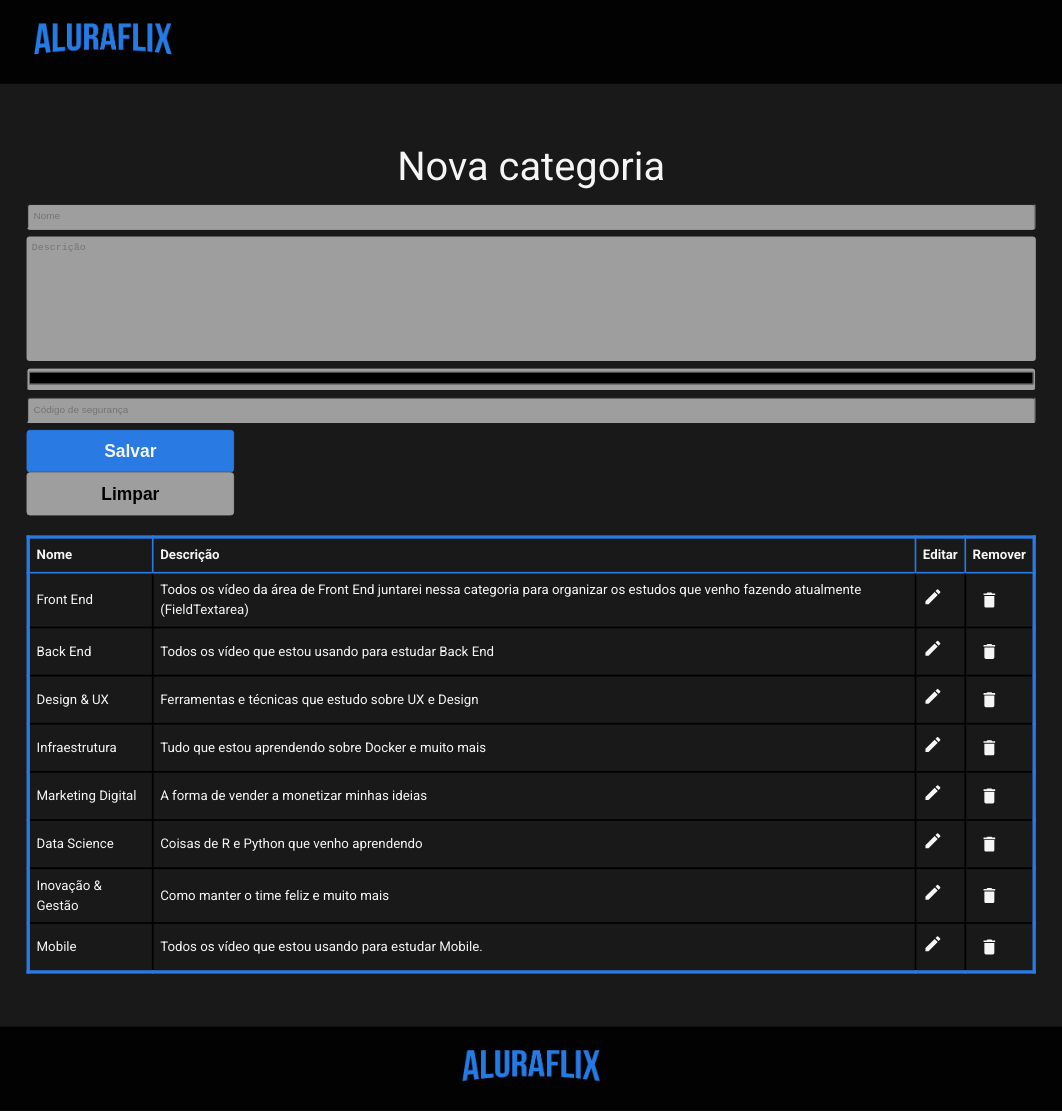
Repository: CarlosEduardoVdeOliveira/aluraflix
Page: /register-category
These files come from the project's save history. The page is drawn as it stood at one moment and after the next save; the edit follows.
The browser window is 1280 px wide. The pictures show the whole page, at 83% of full size.
The project was rebuilt for these pictures with package versions that can differ from the ones it lists, and the page was loaded fresh each time. Also part of the build but not shown: vite.config.js, src/components/Banner/Banner.module.css, src/components/Card/Card.module.css, src/components/Card/index.jsx, src/components/Category/Category.module.css, src/components/Category/index.jsx, src/components/Container/Container.module.css, src/components/Container/index.jsx and 5 more.

Above is the page before, as saved 2023-10-04 09:15:01.

### index.html
<!doctype html>
<html lang="en">
  <head>
    <meta charset="UTF-8" />
    <link rel="preconnect" href="https://fonts.googleapis.com">
    <link rel="preconnect" href="https://fonts.gstatic.com" crossorigin>
    <!-- <link rel="icon" type="image/svg+xml" href="/vite.svg" /> -->
    <meta name="viewport" content="width=device-width, initial-scale=1.0" />
    <link href="https://fonts.googleapis.com/css2?family=Roboto:wght@300;400;500;700&display=swap" rel="stylesheet">
    <title>AluraFlix</title>
  </head>
  <body>
    <div id="root"></div>
    <script type="module" src="/src/main.jsx"></script>
  </body>
</html>

### src/main.jsx
import React from 'react'
import ReactDOM from 'react-dom/client'
import {AppRoutes} from './routes'
import './index.css'
import { ThemeProvider } from '@emotion/react'
import { theme } from './customColors'
ReactDOM.createRoot(document.getElementById('root')).render(
  <React.StrictMode>
    <ThemeProvider theme={theme}>
      <AppRoutes />
    </ThemeProvider>
  </React.StrictMode>,
)

### src/routes.jsx
import { BrowserRouter, Route, Routes } from 'react-router-dom'
import {PageBase} from './pages/pageBase'
import {Home} from './pages/Home'
import { ThemeProvider } from '@mui/material'
import { theme } from './customColors'
import {RegisterVideo} from './pages/RegisterVideo'
import {RegisterCategory} from './pages/RegisterCategory'
import { UpdateCategory } from './pages/UpdateCategory'


export const AppRoutes = () => {
  return (
    <BrowserRouter>
      <ThemeProvider theme={theme}>
        <Routes>
          <Route path='/' element={<PageBase />}>
            <Route index element={<Home />}></Route>
            <Route path='register-video' element={<RegisterVideo />}></Route>
            <Route path='register-category' element={<RegisterCategory />}></Route>
            <Route path={`update-category/:categoryId`} element={<UpdateCategory />}></Route>
          </Route>
        </Routes>
      </ThemeProvider>
    </BrowserRouter>
  )
}

### src/index.css
:root {
  --gray-100: #F5F5F5;
  --gray-150: #E5E5E5;
  --gray-175: #C2C2C2;
  --gray-300: #9E9E9E;
  --gray-500: #191919;
  --black: #000;
  --blue-500: #2A7AE4;
  --red-500: #E53935;
  font-family: 'Roboto', sans-serif;
  line-height: 1.5;
  font-weight: 400;
  font-size: 1rem;
  font-synthesis: none;
  text-rendering: optimizeLegibility;
  -webkit-font-smoothing: antialiased;
  -moz-osx-font-smoothing: grayscale;
  -webkit-text-size-adjust: 100%;
}
*{
  box-sizing: border-box;
  margin: 0;
  padding: 0;
  scroll-behavior: smooth;
}
body{
  background-color: var(--gray-500);
}
a {
  text-decoration: none;
  transiton: .5s all ease-out;
}

button{
  cusor: pointer;
  transiton: .5s all ease-out;
}

@media screen and (max-width: 1080px){
  body{
    font-size: 87.5%;
  }
}
@media screen and (max-width: 700px){
  body{
    font-size: 75%;
  }
}

### src/customColors.js
import { createTheme } from '@mui/material/styles';

export const theme = createTheme({
  palette: {
    withe: "#FFFFFF",
    gray100: "#F5F5F5",
    gray150: "#E5E5E5",
    gray175: "#C2C2C2",
    gray300: "#9E9E9E",
    gray500: "#191919",
    black: "#000000",
    blue500: "#2A7AE4",
    red500: "#E53935",
  },
});

### src/pages/pageBase/index.jsx
import { Banner } from '../../components/Banner';
import {Footer} from '../../components/Footer';
import {Header} from '../../components/Header'
import { Outlet } from "react-router-dom";
import { useLocation } from 'react-router-dom';


export const PageBase = () => {
  const location = useLocation()
  return (
    <main>
      <Header button={location.pathname === '/'} />
      <Banner banner={location.pathname === '/'} />
      <Outlet />
      <Footer />
    </main>
  )
}

### src/pages/RegisterCategory/index.jsx
import { useState } from "react"

import {Button} from "../../components/Button"
import { Input, TextArea } from "../../components/Inputs"
import { Table } from "../../components/Table"
import styles from './Register.module.css'
import {categories} from '../../../db.json'
import { CategoryContextProvider } from "../../contexts/cotextCategory"

export const RegisterCategory = () => {
  const [name, setName] = useState('')
  const [color, setColor] = useState('')
  const [description, setDescription] = useState('')
  const [codigo, setCodigo] = useState()
  const [setCategoryState] = useState(categories)
  const handleSubmit = (event) => {
    event.preventDefault();
    const newCategory = { name, description, color, codigo };

    fetch("http://localhost:3000/categories", {
      method: 'POST',
      headers: {
        'Content-Type': 'application/json',
      },
      body: JSON.stringify(newCategory),
    })
    .then(res => res.json())
    .then(data => {
      setCategoryState(prevCategories => [...prevCategories, data]);
    });

  }

  function clearInputs(){

  }

  return (
    <div className={styles.container}>
      <form onSubmit={handleSubmit}>
        <h2>Nova categoria</h2>
        <Input onChange={
          (event) => setName(event.target.value)
        } type="text" placeholder="Nome" />
        <TextArea onChange={(event) => setDescription(event.target.value)} placeholder='Descrição'></TextArea>
        <Input onChange={(event) => setColor(event.target.value)} type="color" placeholder="Cor" label={"cor"} />
        <Input onChange={(event) => setCodigo(event.target.value)} type="text" placeholder="Código de segurança"/>
        <div className={styles.groupButton}>
        <Button
          bgColor="#2A7AE4"
          color="#F5F5F5"
          borderColor='1px solid #2A7AE4'
          type="submit"
          >
          Salvar
        </Button>
        </div>
      </form>
        <Button
        type="reset"
          bgColor="#9E9E9E"
          color="#000000"
          borderColor='1px solid #9E9E9E'
          onClick={clearInputs()}
          >
          Limpar
        </Button>
      <CategoryContextProvider>
        <Table />
      </CategoryContextProvider>
    </div>
  )
}

### src/components/Banner/index.jsx
/* eslint-disable react/prop-types */
import styles from './Banner.module.css'
import {videos, categories} from '../../../db.json'
import { Card } from '../Card';
import { useState } from 'react';
import { Category } from '../Category';

export const Banner = ({banner}) => {
  let [highlightCategory, setHighlightCategory] = useState(1)
  function findVideo() {
    return videos.find(video => video.category === categories[highlightCategory].name)
  }

  return(
    <>
      {
        banner && (
        <div className={styles.container}>
          <img className={styles.backgroundImage}
            src={findVideo().thumbnail}
            alt={findVideo().description}
          />
          <div className={styles.content}>
            <Category id={highlightCategory}
              bgColor={categories[highlightCategory].color}
              color="#f5f5f5"
              description={categories[highlightCategory].description}
              onClick={()=> console.log(setHighlightCategory(highlightCategory))}
            >
              {categories[highlightCategory].name}
            </Category>
            <h5 >
              {findVideo().name}
            </h5>
            <p>
              {findVideo().description}
            </p>
          </div>
          <Card
            {...videos.find(video => video.category === categories[highlightCategory].name)}
            borderColor={categories[highlightCategory].color}
          />
        </div>
        )
      }
    </>
  );
}

### src/components/Footer/index.jsx
import { Link } from 'react-router-dom'
import logo from '../../assets/logo.png'
import styles from './Footer.module.css'
export const Footer = () => {
  return (
    <footer className={styles.container}>
      <Link to='/'>
        <img src={logo} alt="Logo do aluraflix" />
      </Link>
    </footer>
  )
}

### src/components/Header/index.jsx
/* eslint-disable react/prop-types */
// eslint-disable-next-line no-unused-vars
import React from 'react';
import logo from '../../assets/logo.png'
import styles from './Header.module.css'
import { Link } from 'react-router-dom';
import {Button} from '../Button';


export const Header = ({button}) => {

  return (
    <header className={styles.container}>
      <Link to="/">
        <img src={logo} alt='Logo do aluraflix' />
      </Link>
      {button &&
          <Link to="/register-video">
            <Button
              bgColor="#000"
              borderColor="1px solid #FFF"
              color="#F5f5f5"
            >
                  Novo vídeo
            </Button>
          </Link>
      }
    </header>
  )
}

### src/components/Button/index.jsx
/* eslint-disable react/prop-types */
import styles from './Button.module.css'

export const Button = ({children, bgColor, borderColor, color ,title, id, type}) => {
  return(
    <button className={styles.button}
      type={type}
      style={{
        background:bgColor,
        border:borderColor,
        color:color
      }}
      id={id}
      title={title}
    >
      {children}
    </button>
  )
}

### src/components/Inputs/index.jsx
/* eslint-disable react/prop-types */
import styles from './Input.module.css'

export const Input = ({placeholder, type, value, onChange}) => {
  return(
    <>
      <input
        className={styles.input}
        type={type}
        value={value}
        placeholder={placeholder}
        onChange={onChange}/>
    </>
  )
}
export const TextArea = ({placeholder, value, onChange}) =>{
  return(
    <textarea
      value={value}
      className={styles.textarea}
      placeholder={placeholder}
      onChange={onChange}
    />
  )
}

export const Select = ({categories, value, onChange}) => {
  return(
    <>
      <select
        value={value}
        className={styles.input}
        name={categories}
        onChange={onChange}
      >
      {
          categories.map(category => (
            <option key={category.id} value={category.name}>{category.name}</option>
          ))
        }
      </select>
    </>
  )
}

### src/components/Table/index.jsx
/* eslint-disable react/prop-types */
import { IconButton } from '@mui/material'
import styles from './Table.module.css'
import {categories} from '../../../db.json'
import EditIcon from '@mui/icons-material/Edit';
import DeleteIcon from '@mui/icons-material/Delete';
import { useTheme } from '@emotion/react';
import { useContext } from 'react';
import CategoryContext from '../../contexts/cotextCategory';
import { Link } from 'react-router-dom';

export const Table = () => {
  const theme = useTheme()
  const {deleteCategory} = useContext(CategoryContext)

  return(
    <table className={styles.container}>
      <thead className={styles.title}>
        <tr>
          <th>Nome</th>
          <th>Descrição</th>
          <th>Editar</th>
          <th>Remover</th>
        </tr>
      </thead>
      <tbody className={styles.content}>
        {
          categories.map(category =>(
          <tr key={category.id}>
            <td>{category.name}</td>
            <td>{category.description}</td>
            <td>
              <Link to={`/update-category/${category.id}`}
              >
                <EditIcon style={{ color: theme.palette.gray100 }} />
              </Link>
            </td>
            <td>
              <IconButton aria-label="delete"  onClick={(event)=> {
                event.preventDefault()
                return deleteCategory(category.id)
                }}
              >
                <DeleteIcon style={{ color: theme.palette.gray100 }}/>
              </IconButton>
            </td>
          </tr>
          ))
        }
      </tbody>
    </table>
  )
}

### src/pages/RegisterCategory/Register.module.css
.container{
  width: 100%;
  margin: 2rem auto;
  padding: 2rem;
}

.container form{
  display: flex;
  align-items: center;
  justify-content: center;
  flex-direction: column;
  width: 100%;
  gap: .5rem;
}
.container h2{
  color: var(--gray-100);
  text-align: center;
  font-size: 3rem;
  font-weight: 400;
}
.groupButton{
  display: flex;
  gap: 1rem;
  width: 100%;
}

### src/contexts/cotextCategory.jsx
/* eslint-disable no-unused-vars */
/* eslint-disable react/prop-types */
import React, {createContext, useState} from 'react';
const CategoryContext = createContext();

export function CategoryContextProvider({children}) {
  const [category, setCategory] = useState({})
  const editCategory = (id, name, description, color) => {
    fetch(`http://localhost:3000/categories/${id}`, {
    method: 'PUT',
    headers: {
      'Content-Type': 'application/json',
    },
    body: JSON.stringify({name, description, color}),
  })
    .then(res => res.json())
    .then(data => setCategory(data))
    return category
  };

  const deleteCategory = (id) =>{
    fetch(`http://localhost:3000/categories/${id}`, {
    method: 'DELETE' })
    .then(res => res.json())
  }

  return (
    <CategoryContext.Provider value={{ editCategory, deleteCategory }}>
      {children}
    </CategoryContext.Provider>
  );
}

export default CategoryContext

### src/components/Footer/Footer.module.css
.container{
  display: flex;
  align-items: center;
  justify-content: center;
  padding: 1.688rem 2.5rem;
  background-color: rgba(0, 0, 0, 0.9);
}

.container img{
  width: 168.45px;
  height: 40px;
}

### src/components/Header/Header.module.css
.container{
  display: flex;
  justify-content: space-between;
  align-items: center;
  padding: 1.688rem 2.5rem;
  background-color: rgba(0, 0, 0, 0.9);
}

.container img{
  width: 168.45px;
  height: 40px;
}

### src/components/Button/Button.module.css
.button{
  color: #FFF;
  text-align: center;
  padding: 0.8rem 1rem;
  border: none;
  border-radius: .25rem;
  font-size: 21px;
  font-weight: 600;
  cursor: pointer;
  line-height: 24px;
  transition: all .5s ease-in-out;
  width: fit-content;
  min-width: 15.625rem
}

.button:hover{
  opacity: 0.8;
}

### src/components/Inputs/Input.module.css
.input{
  color: var(--gray-100);
  font-size: 12px;
  font-weight: 300;
  width: 100%;
  padding: .4rem;
  background-color: var(--gray-300);
  border-bottom: 3px solid var(--gray-300);
  outline: none;
  border-radius: 4px;
}

.input[type='color']{
  padding: 0;
}

.input:focus{
  border-bottom: 3px solid var(--blue-500);
}

.input:invalid{
  border-bottom: 3px solid var(--red-500);
}


.textarea{
  color: var(--gray-175);
  font-size: 12px;
  font-weight: 300;
  resize: none;
  width: 100%;
  height: 9.375rem;
  padding: .4rem;
  background-color: var(--gray-300);
  outline: none;
  border: none;
  border-radius: 4px;
}

.textarea:focus{
  border-bottom: 3px solid var(--blue-500);
}
.textarea:invalid{
  border-bottom: 3px solid var(--red-500);
}

### src/components/Table/Table.module.css
.container{
  width: 100%;
  color: var(--gray-100);
  border-collapse: collapse;
  border: 4px solid var(--blue-500);
  padding: 1rem;
  margin-top: 1.5rem;
}

.title{
  border: 2px solid var(--blue-500);
  font-weight: 500;
}

.title th{
  border-left: 2px solid var(--blue-500);
  text-align: left;
  padding: .5rem;
}
.content td{
  padding: .5rem;
  border-right: 2px solid var(--black);
  border-bottom: 2px solid var(--black);
}

Loaded but not shown: db.json (248 lines, source omitted)

After the next save:
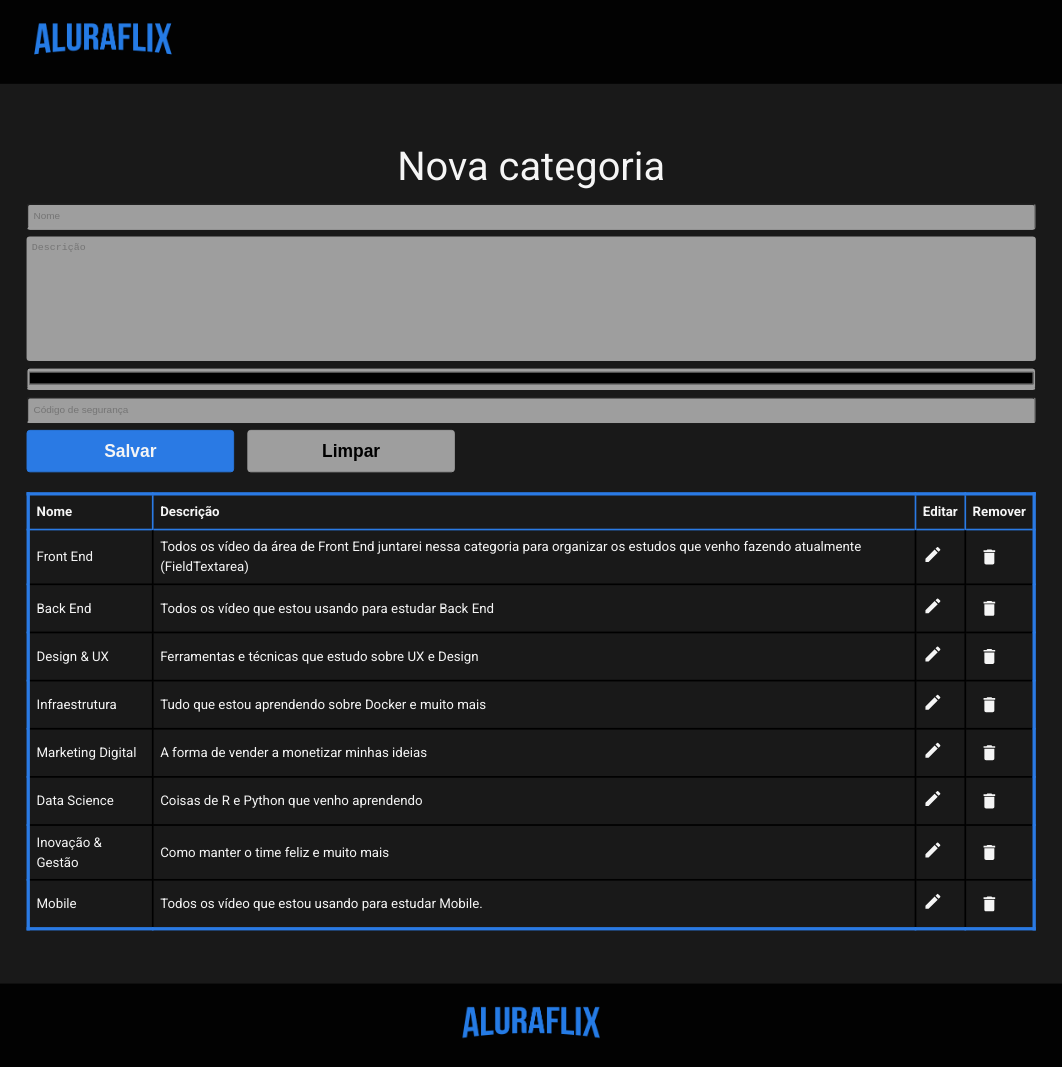
Saved 67 s later.
--- a/src/pages/RegisterCategory/index.jsx
+++ b/src/pages/RegisterCategory/index.jsx
@@ -12,7 +12,7 @@ export const RegisterCategory = () => {
   const [color, setColor] = useState('')
   const [description, setDescription] = useState('')
   const [codigo, setCodigo] = useState()
-  const [setCategoryState] = useState(categories)
+  const [categoryState, setCategoryState] = useState(categories)
   const handleSubmit = (event) => {
     event.preventDefault();
     const newCategory = { name, description, color, codigo };
@@ -28,11 +28,13 @@ export const RegisterCategory = () => {
     .then(data => {
       setCategoryState(prevCategories => [...prevCategories, data]);
     });
-
+    setName('')
+    setColor('')
+    setDescription('')
+    setCodigo("")
   }
 
   function clearInputs(){
-
   }
 
   return (
@@ -54,17 +56,17 @@ export const RegisterCategory = () => {
           >
           Salvar
         </Button>
-        </div>
-      </form>
         <Button
         type="reset"
           bgColor="#9E9E9E"
           color="#000000"
           borderColor='1px solid #9E9E9E'
-          onClick={clearInputs()}
+          onClick={clearInputs}
           >
           Limpar
         </Button>
+        </div>
+      </form>
       <CategoryContextProvider>
         <Table />
       </CategoryContextProvider>
